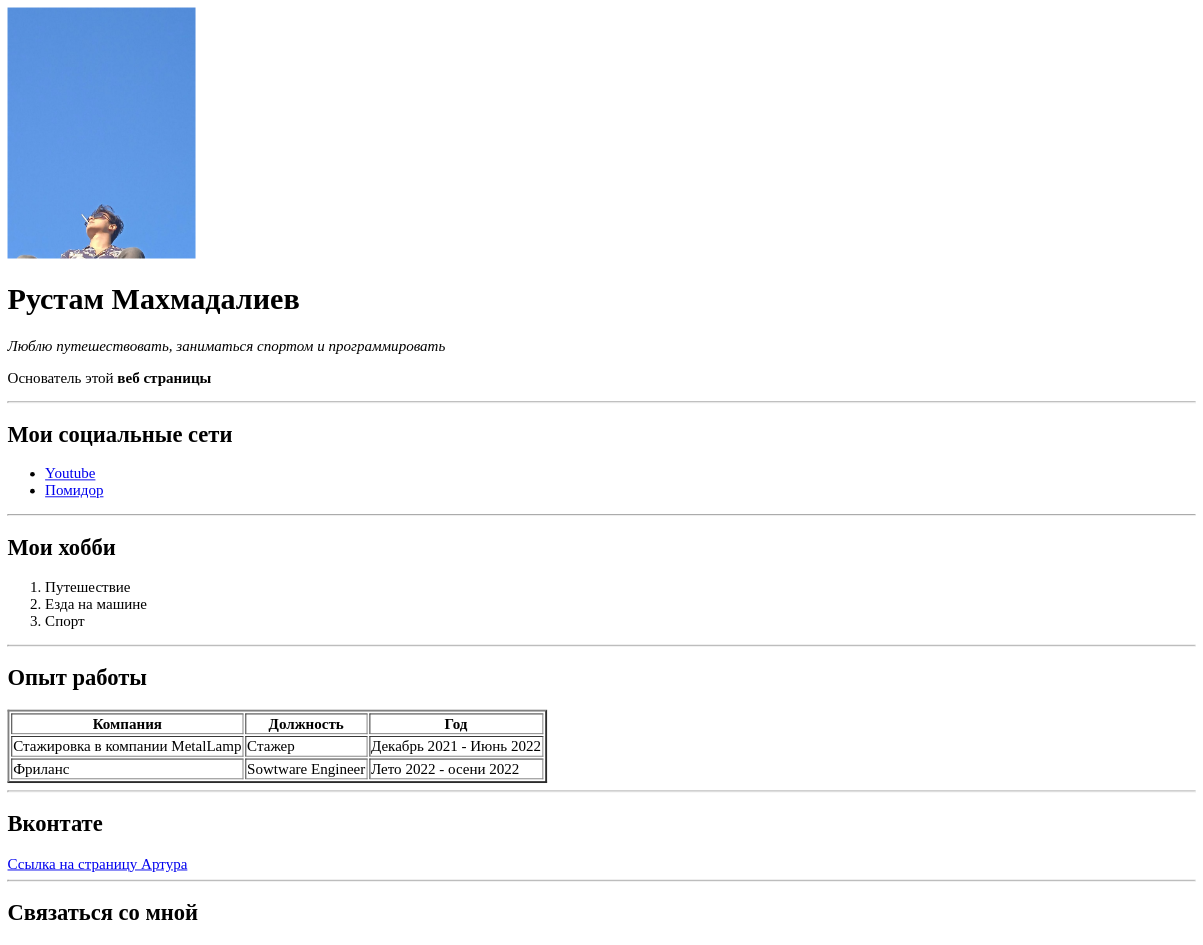
Repository: RustamMakh/html
Page: index.html
These files come from the project's save history. The page is drawn as it stood at one moment and after the next save; the edit follows.
The browser window is 1280 px wide. The pictures show the whole page, at 94% of full size.

Above is the page before, as saved 2022-06-08 18:20:45.

### index.html
<!DOCTYPE html>
<html lang="ru">
<head>
    <meta charset="UTF-8">
    <meta http-equiv="X-UA-Compatible" content="IE=edge">
    <meta name="viewport" content="width=device-width, initial-scale=1.0">
    <title>Rustam resume</title>
</head>

  <img src="avatar.jpg" alt="Тут моя фотка" width="200">
  <h1>Рустам Махмадалиев</h1>
  <p><em>Люблю путешествовать, заниматься спортом и программировать</em></p>
  <p>Основатель этой <strong>веб страницы</strong></p>
  <hr>

  <h2>Мои социальные сети</h2>
  <ul>
      <li> <a href="https://www.youtube.com/watch?v=DOEtVdkKwcU" target="_blank">Youtube </a></li>
      <li> <a href="https://bakunin.com/pomidor/" target="_blank">Помидор </a></li>
    </ul>
    <hr>

  <h2>Мои хобби</h2>
  <ol>
      <li>Путешествие</li>
      <li>Езда на машине</li>
      <li>Спорт</li>
  </ol>
  <hr>

  <h2>Опыт работы</h2>
  <table border="2">
    <tr>
      <th>Компания</th>
      <th>Должность</th>
      <th>Год</th>
    </tr>
    <tr>
      <td>Стажировка в компании MetalLamp</td>
      <td>Стажер</td>
      <td>Декабрь 2021 - Июнь 2022</td>
    </tr>
    <tr>
      <td>Фриланс</td>
      <td>Sowtware Engineer</td>
      <td>Лето 2022 - осени 2022</td>
    </tr>
  </table>
  <hr>

  <h2>Вконтате</h3>
  <a href="Вконтакте.html">Ссылка на страницу Артура</a>
  <hr>

  <h2>Связаться со мной</h2>
  <form action="/"
  <label for="name"
  <input type="text" id="name">
</body>
</html>

After the next save:
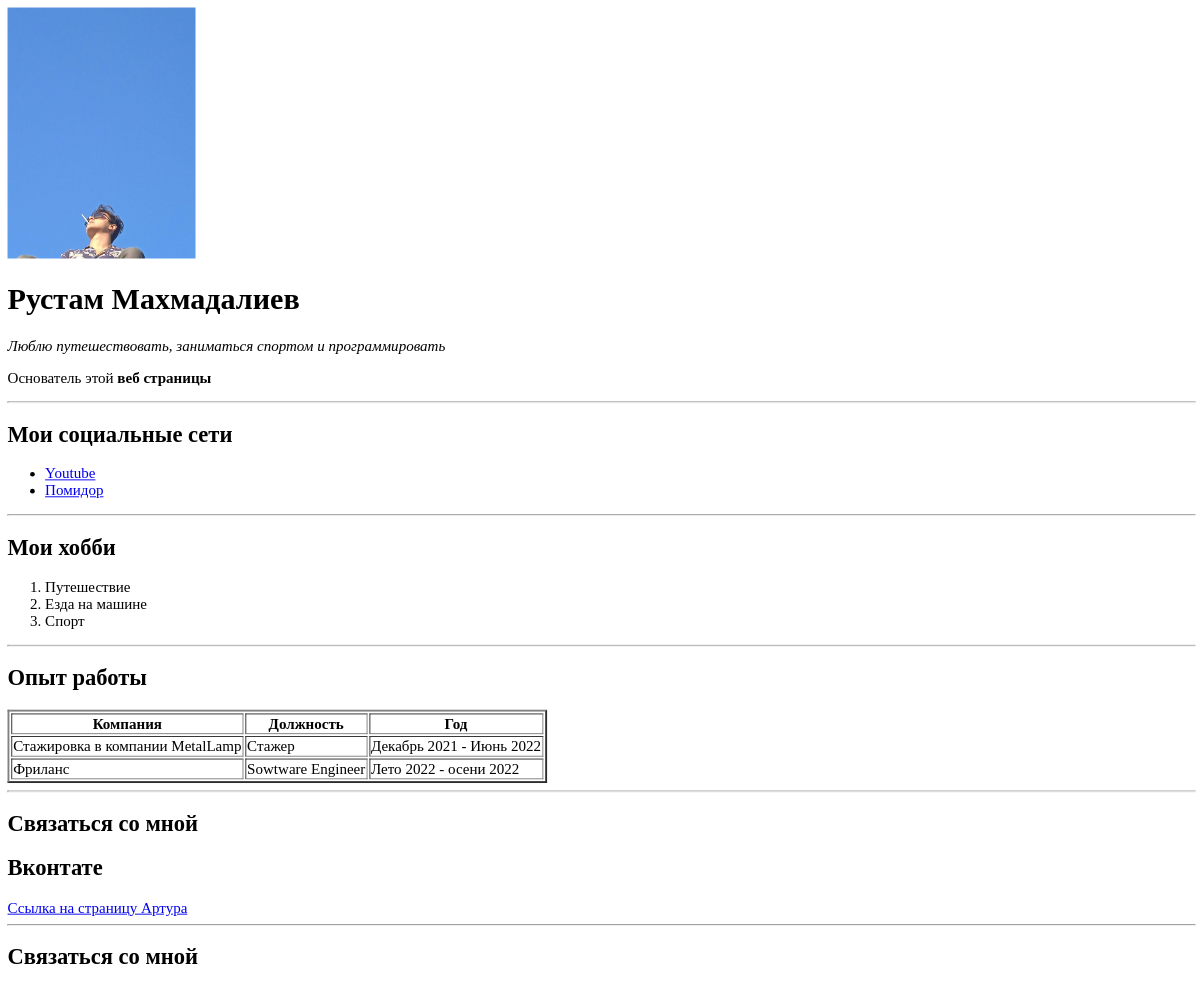
Saved 29 s later.
--- a/index.html
+++ b/index.html
@@ -47,6 +47,10 @@
     </tr>
   </table>
   <hr>
+  <h2>Связаться со мной</h2>
+  <form action="/"
+  <label for="name"
+  <input type="text" id="name">
 
   <h2>Вконтате</h3>
   <a href="Вконтакте.html">Ссылка на страницу Артура</a>

After the save that followed:
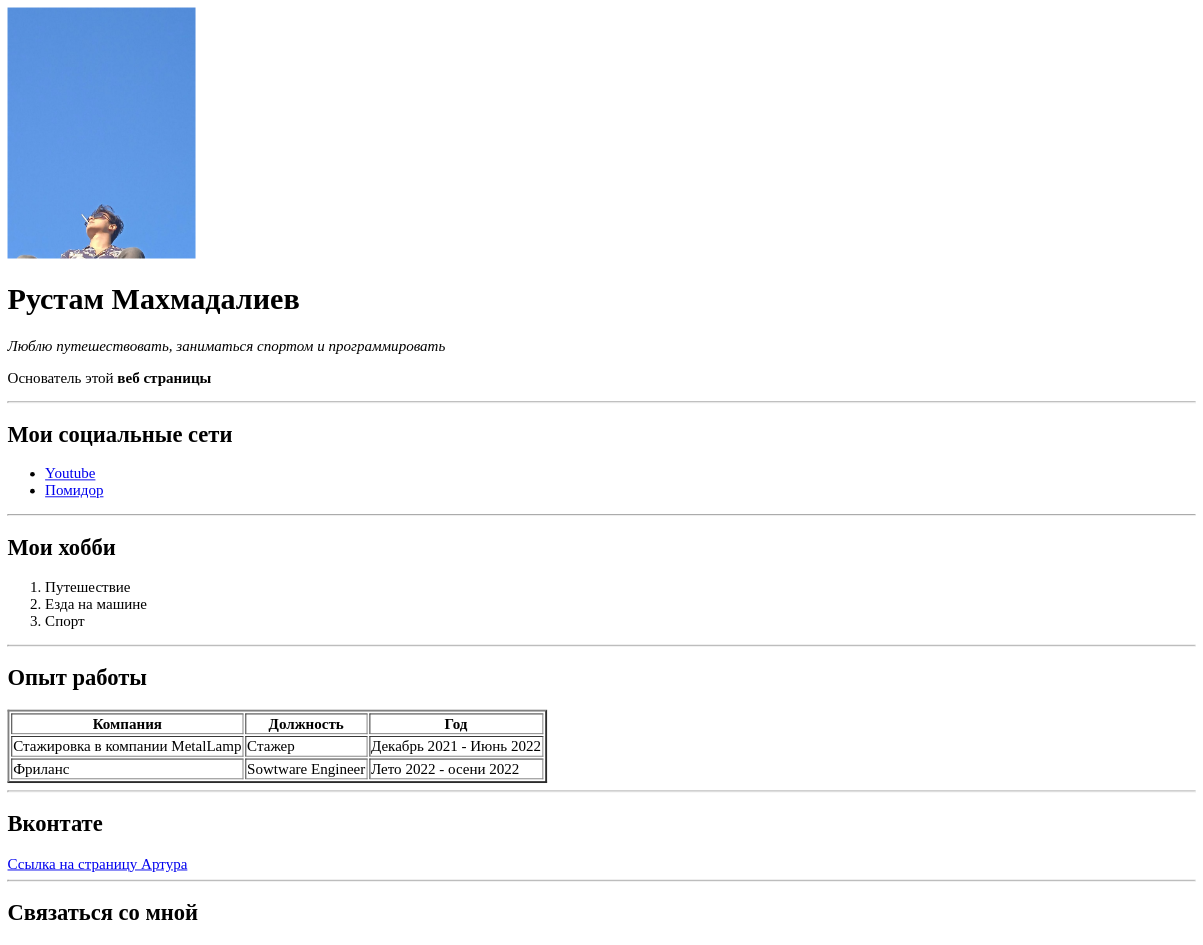
Saved 6 s later.
--- a/index.html
+++ b/index.html
@@ -47,10 +47,6 @@
     </tr>
   </table>
   <hr>
-  <h2>Связаться со мной</h2>
-  <form action="/"
-  <label for="name"
-  <input type="text" id="name">
 
   <h2>Вконтате</h3>
   <a href="Вконтакте.html">Ссылка на страницу Артура</a>
